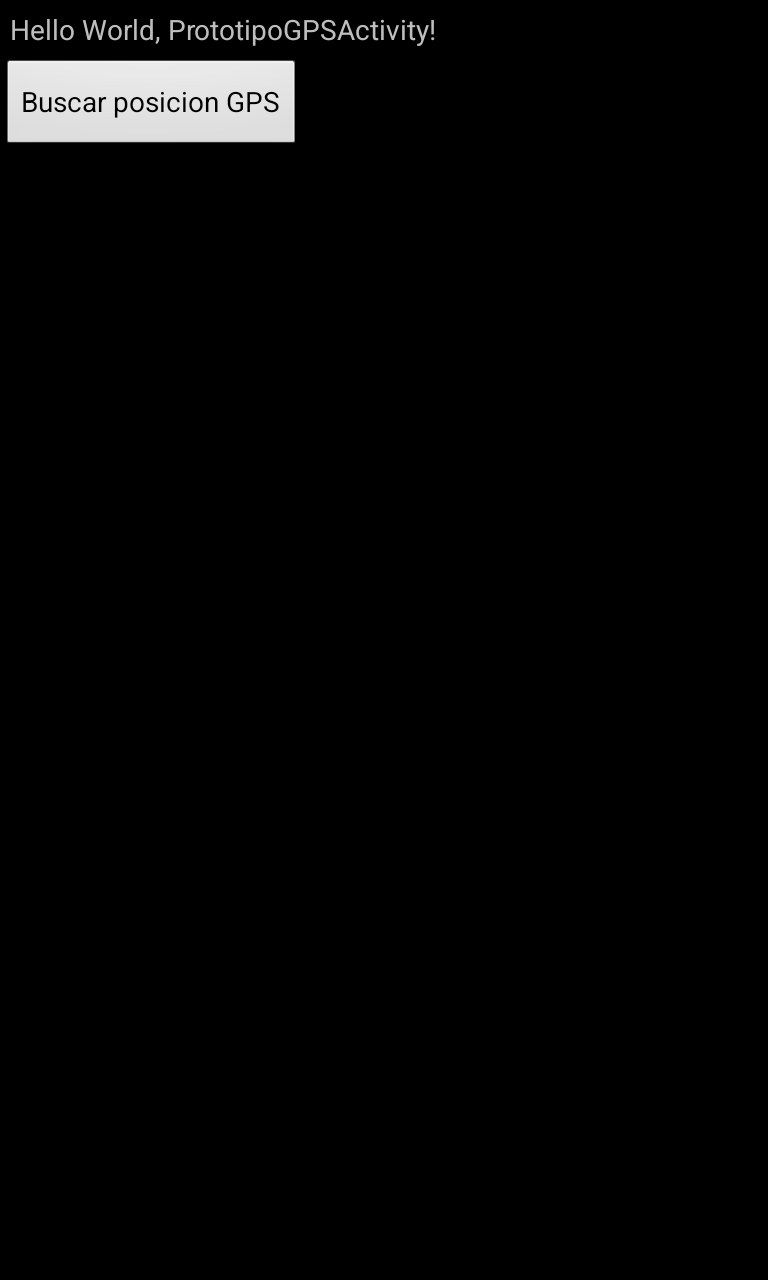
Repository: jonatansantos/Android-Server-Status
Layout: Prototipos/Prototipo GPS/res/layout/main.xml
An editor plug-in stored every save of this project. The layout is shown before and after the next save, followed by the edit.
It is drawn on a 768 x 1280 px phone screen (xhdpi) without system bars, with theme android:Theme; the app's code is not run.

Above is the layout before, as saved 2012-02-22 18:24:39.

### Prototipos/Prototipo GPS/res/layout/main.xml
<?xml version="1.0" encoding="utf-8"?>
<LinearLayout xmlns:android="http://schemas.android.com/apk/res/android"
    android:layout_width="fill_parent"
    android:layout_height="fill_parent"
    android:orientation="vertical" >

<TextView
	android:paddingTop="10px"
	android:paddingBottom="10px"
	android:paddingLeft="10px"
    android:layout_width="fill_parent"
    android:layout_height="wrap_content"
    android:text="@string/hello"
    />

<Button android:id="@+id/buscarPosicion"
    android:text="@string/buscarPosicion"
	android:layout_width="wrap_content"
	android:layout_height="wrap_content" />

<TextView  android:id="@+id/latitud"
	android:paddingLeft="10px"
	android:paddingTop="10px"
    android:layout_width="fill_parent"
    android:layout_height="wrap_content"
    />

<TextView  android:id="@+id/longitud"
	android:paddingLeft="10px"
	android:paddingTop="10px"
    android:layout_width="fill_parent"
    android:layout_height="wrap_content"
    />

</LinearLayout>

### Prototipos/Prototipo GPS/res/values/strings.xml
<?xml version="1.0" encoding="utf-8"?>
<resources>

    <string name="hello">Hello World, PrototipoGPSActivity!</string>
    <string name="app_name">Prototipo GPS</string>

    <string name="buscarPosicion">Buscar posicion GPS</string>

</resources>

After the next save:
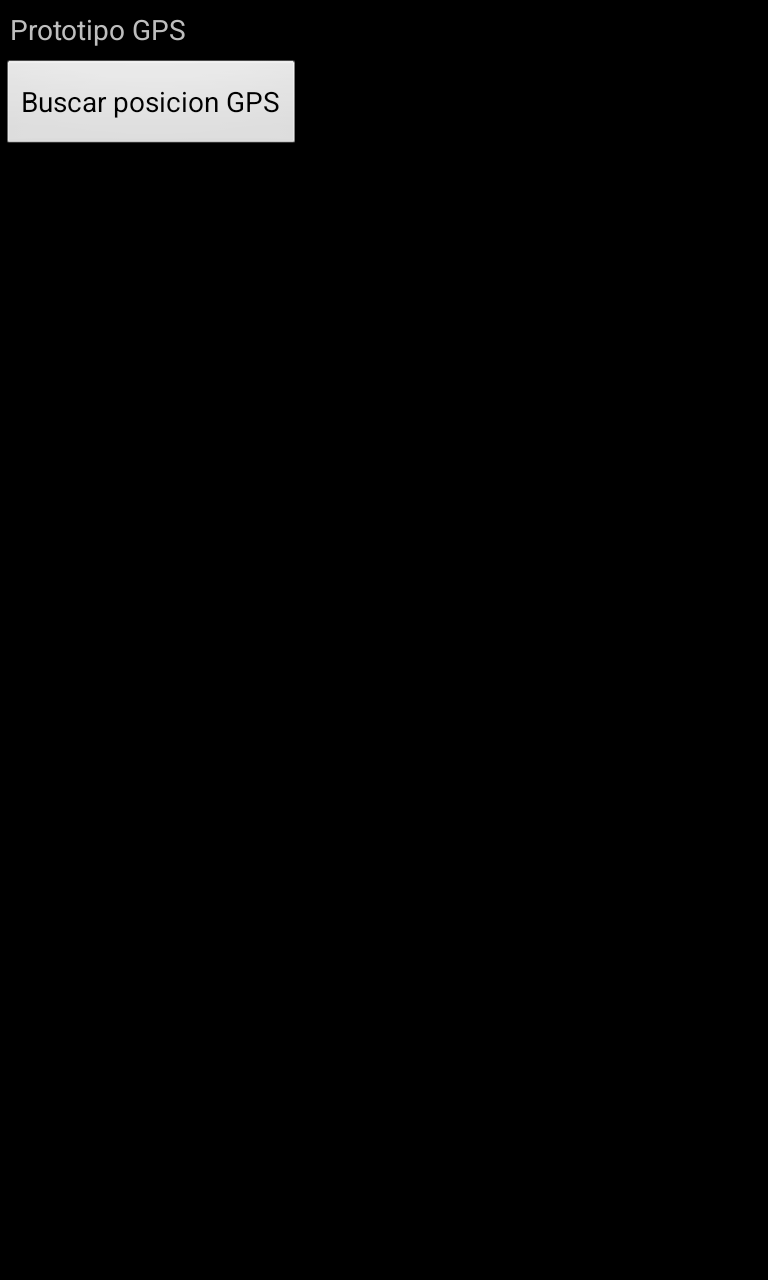
Saved 49 s later.
--- a/Prototipos/Prototipo GPS/res/values/strings.xml
+++ b/Prototipos/Prototipo GPS/res/values/strings.xml
@@ -1,9 +1,10 @@
 <?xml version="1.0" encoding="utf-8"?>
 <resources>
 
-    <string name="hello">Hello World, PrototipoGPSActivity!</string>
+    <string name="hello">Prototipo GPS</string>
     <string name="app_name">Prototipo GPS</string>
 
+    <string name="gps_signal_not_found">Señal de GPS no encontrada. Compruebe el estado del GPS</string>
     <string name="buscarPosicion">Buscar posicion GPS</string>
 
 </resources>
